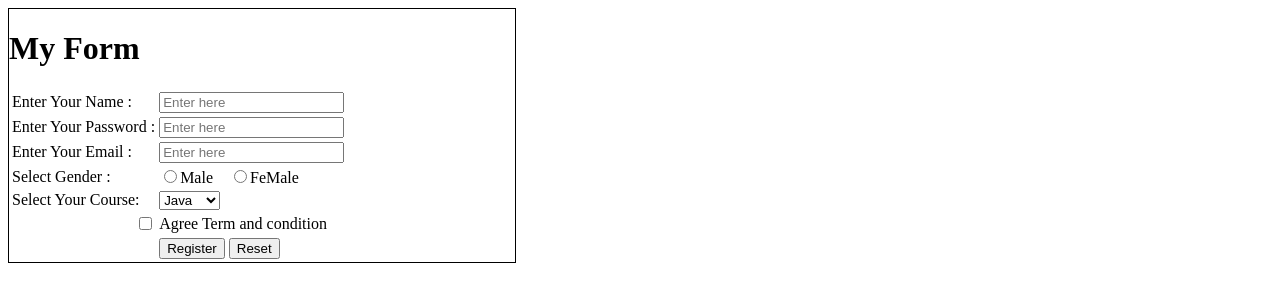
Repository: Kamleshmaury/CoreJava
Page: RegistrationForm/src/main/webapp/index.html
These files come from the project's save history. The page is drawn as it stood at one moment and after the next save; the edit follows.
The browser window is 1280 px wide. The pictures show the whole page.

Above is the page before, as saved 2022-10-18 09:07:43.

After the next save:
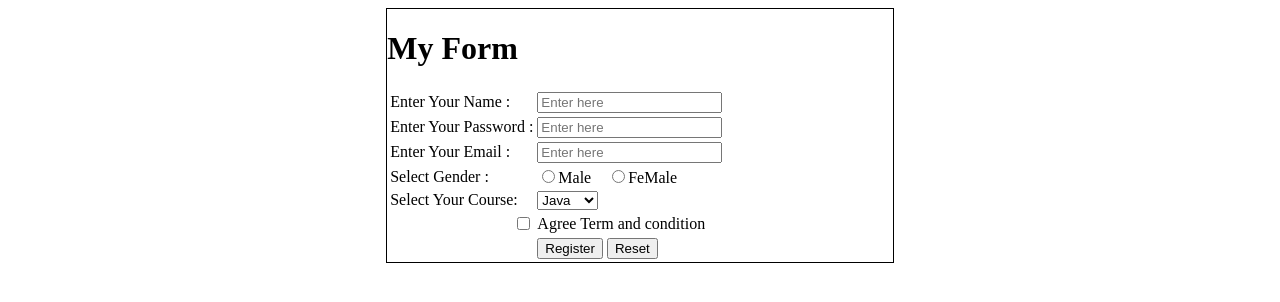
Saved 52 s later.
--- a/RegistrationForm/src/main/webapp/index.html
+++ b/RegistrationForm/src/main/webapp/index.html
@@ -7,7 +7,8 @@
 		<style>
 			.container{
 				width: 40%;
-				border: 1px solid;
+				border: 1px solid black;
+				margin: auto;
 
 			}
 
